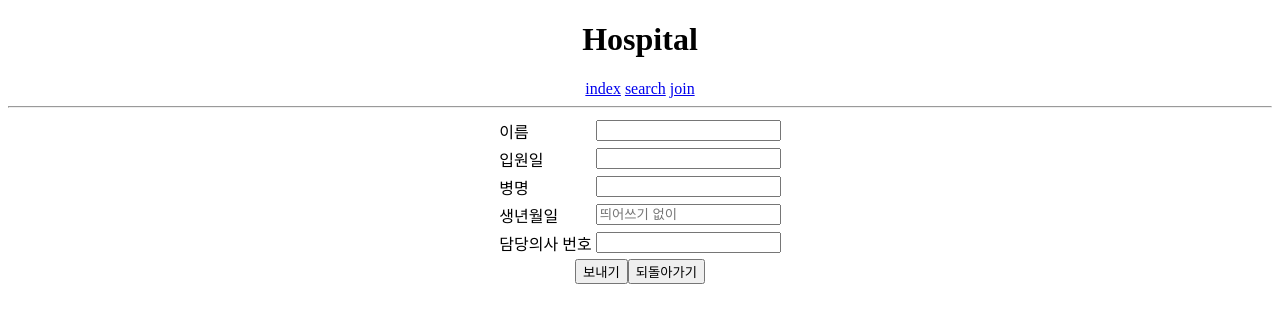
Repository: kimgh06/jsp_teamwork
Page: http://localhost/hospital/join.jsp
These files come from the project's save history. The page is drawn as it stood at one moment and after the next save; the edit follows.
The browser window is 1280 px wide. The pictures show the whole page.
The page is served by Tomcat 9.

Above is the page before, as saved 2023-06-14 02:02:01.

After the next save:
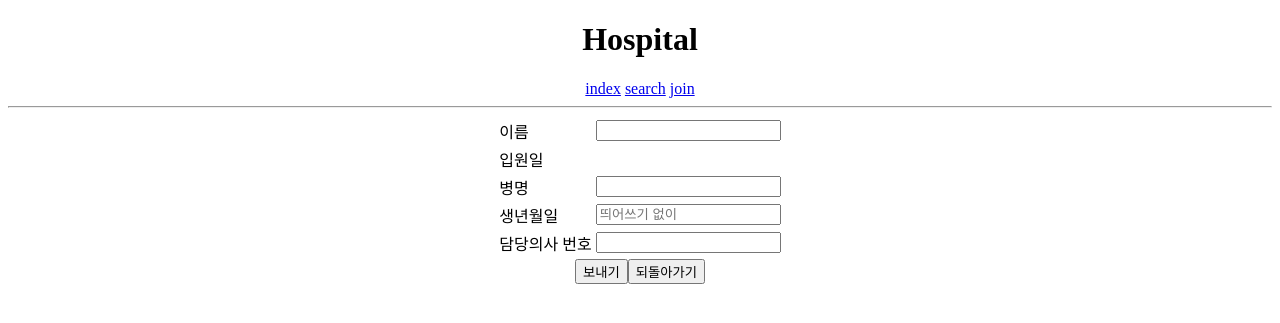
Saved 12 s later.
--- a/hospital/src/main/webapp/join.jsp
+++ b/hospital/src/main/webapp/join.jsp
@@ -11,7 +11,7 @@
 <form method="post" action="action.jsp" name="frm" style="display: flex; justify-content: center; align-items: center">
 <table>
 	<tr><td>이름</td><td><input name="name"/></td></tr>
-	<tr><td>입원일</td><td><input name="clinicdate"/></td></tr>
+	<tr><td>입원일</td><td><inputplaceholder="띄어쓰기 없이" name="clinicdate"/></td></tr>
 	<tr><td>병명</td><td><input name="reason"/></td></tr>
 	<tr><td>생년월일</td><td><input placeholder="띄어쓰기 없이" name="birthday"/></td></tr>
 	<tr><td>담당의사 번호</td><td><input name="doctornum"/></td></tr>
